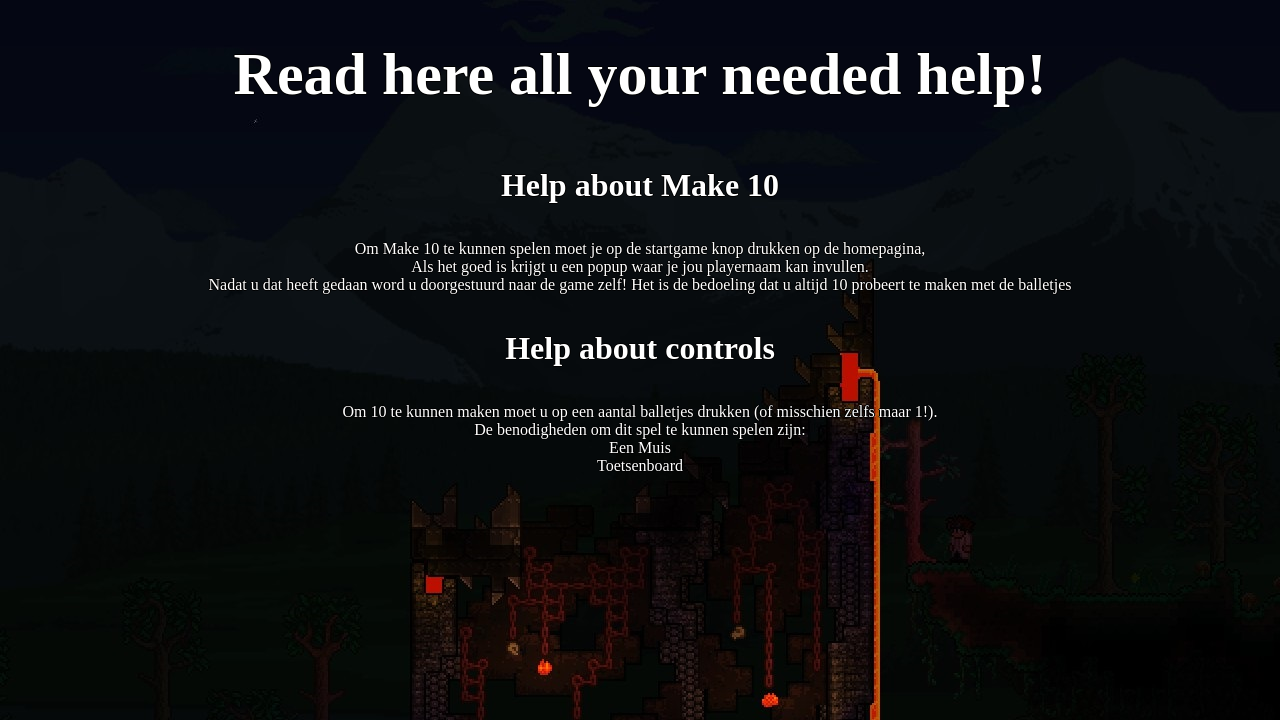
Repository: Mkuilen/Make10
Page: howToPlay.html
The author's editor kept a record of every edit. The page is drawn from the files as they stood at one moment, then again after the next edit.
The browser window is 1280 px wide. The pictures show the whole page.

Above is the page before.

### howToPlay.html
<!DOCTYPE html>
<html>
    <head>
        <link rel="stylesheet" type="text/css" href="assets/css/howToPlay.css">
        <title>Make10 Game</title>
        <meta charset="UTF-8">
        <meta name="description" content="Make10 Game">
        <meta name="author" content="Matthijs van de Kuilen">
        <meta name="viewport" content="width=device-width, initial-scale=1.0">
        <script type="text/javascript" src="assets/js/index.js"></script>
    </head>
    <body background="assets/images/backgroundsite.jpg">
        <div class="center">
            <h1 id="hoofdtekst">Read here all your needed help!</h1><br>
            <h1 id="tekst2">Help about Make 10</h1><br><br>
            <p id="tekst">Om Make 10 te kunnen spelen moet je op de startgame knop drukken op de homepagina,<br>
            Als het goed is krijgt u een popup waar je jou playernaam kan invullen.<br>
            Nadat u dat heeft gedaan word u doorgestuurd naar de game zelf! Het is de bedoeling dat u altijd 10 probeert te maken met de balletjes</p><br><br>
            <h1 id="tekst2">Help about controls</h1><br><br>
            <p id="tekst">Om 10 te kunnen maken moet u op een aantal balletjes drukken (of misschien zelfs maar 1!).<br>
            De benodigheden om dit spel te kunnen spelen zijn:<br>
            Een Muis<br>
            Toetsenboard
            </p>
        </div>
    </body>
</html>

### assets/css/howToPlay.css
#hoofdtekst {
    font-size: 60px;
    text-align: center;
    color: white;
    text-shadow: 1px 0 0 #000, 0 -1px 0 #000, 0 1px 0 #000, -1px 0 0 #000;
}
#tekst2 {
    max-width: auto;
        margin: auto;
        padding: auto;
        text-align: center;
        background-color:none;
        color: white;
        text-shadow: 1px 0 0 #000, 0 -1px 0 #000, 0 1px 0 #000, -1px 0 0 #000;
}
#tekst {
    max-width: auto;
        margin: auto;
        padding: auto;
        text-align: center;
        background-color:none;
        color: white;
        text-shadow: 1px 0 0 #000, 0 -1px 0 #000, 0 1px 0 #000, -1px 0 0 #000;
}

### assets/js/index.js
function popup(){
    var name =  window.prompt("Enter your name to start the game");
    if (name == null || name == "") {
        window.location.href = 'index.html';
    } else {
        document.cookie = "name=" + name;
        window.location.href = 'game.html';
    }
}

After the next edit:
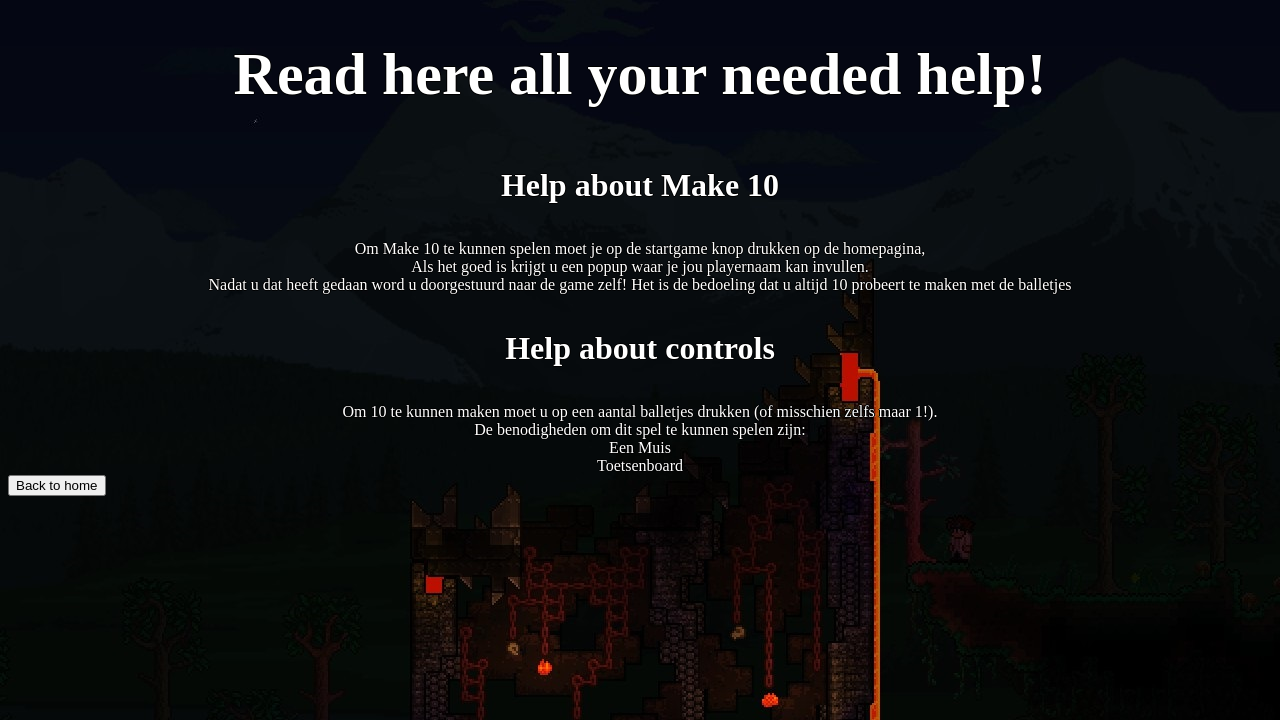
The edit:
--- a/howToPlay.html
+++ b/howToPlay.html
@@ -22,6 +22,7 @@
             Een Muis<br>
             Toetsenboard
             </p>
+            <button id="buttonclose" onclick="window.location.href='https://make10-matthijspc.c9users.io/'" type="button">Back to home</button>
         </div>
     </body>
 </html>
